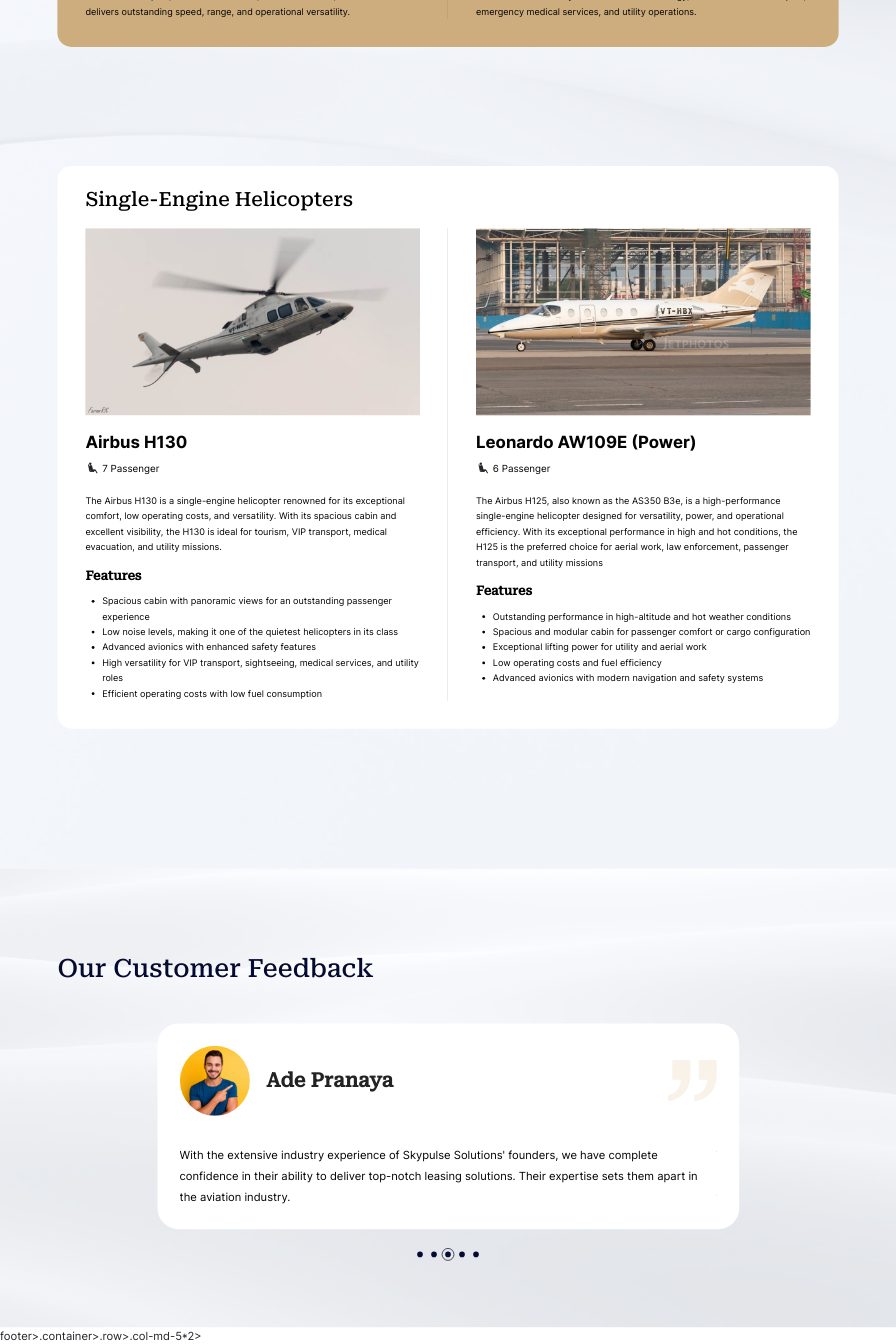
Repository: mangalravi/SkyPulse
Page: index.html
These files come from the project's save history. The page is drawn as it stood at one moment and after a run of saves; the edit follows.
The browser window is 1280 px wide. The pictures show the part of the page from y = 3980 to 5900 px (the page is 5900 px tall before and 5876 px after), at 70% of full size.

Above is the page before, as saved 2024-12-30 13:29:26.

After the next 2 saves:
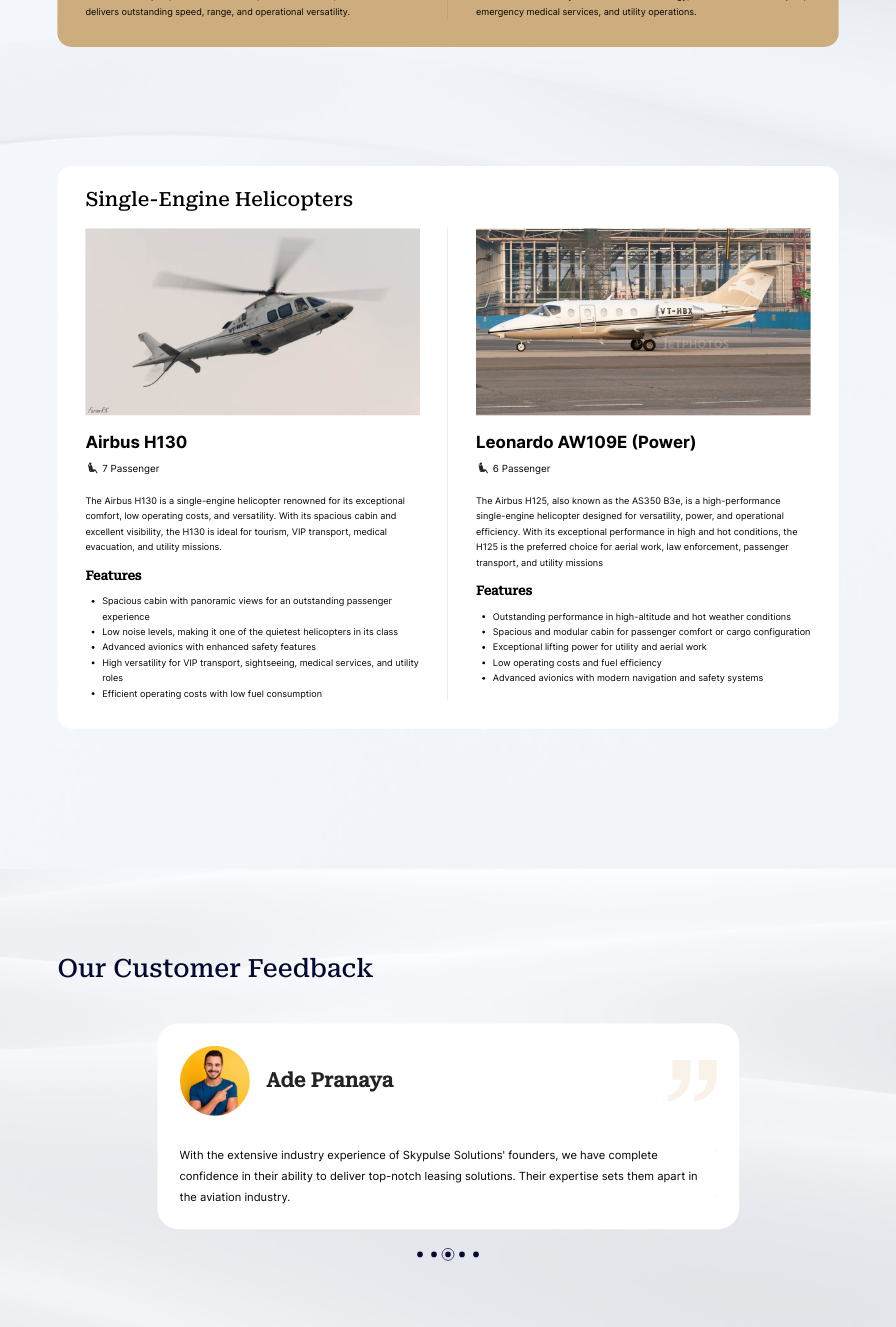
The 2 saves are shown as one change because they came seconds apart.
The last was saved 9 s later.
--- a/index.html
+++ b/index.html
@@ -332,7 +332,14 @@
               </div>
             </div>
           </section>
-          footer>.container>.row>.col-md-5*2>
+          <footer>
+            <div class="container">
+              <div class="row">
+                <div class="col-md-5"></div>
+                <div class="col-md-7"></div>
+              </div>
+            </div>
+          </footer>
     <script src="content/js/jquery.min.js"></script>
   <script src="content/bootstrap/js/bootstrap.bundle.min.js"></script>
     <script src="content/lib/slick/js/slick.min.js"></script>
